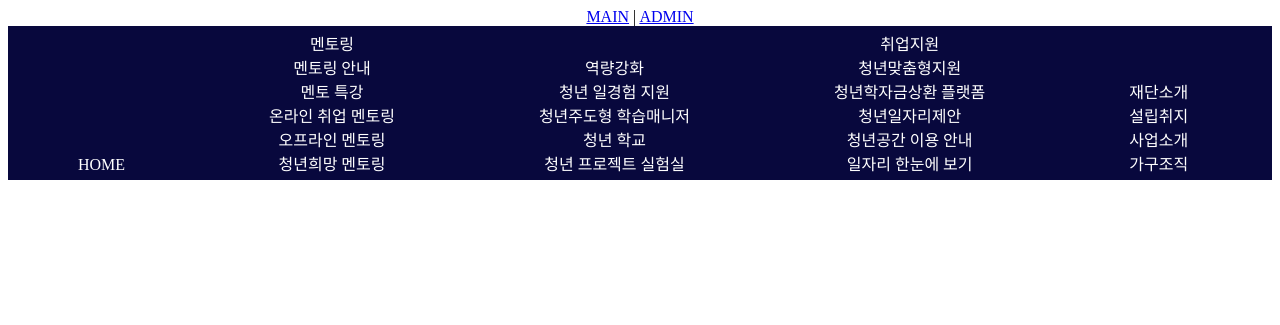
Repository: nywogud/promoPoli
Page: http://localhost/poli/WEB-INF/views/home.jsp
These files come from the project's save history. The page is drawn as it stood at one moment and after the next save; the edit follows.
The browser window is 1280 px wide. The pictures show the whole page.
The page is served by Tomcat 9. Nobody is signed in. The template is opened directly, without the code that normally fills it, so the values that code supplies are empty.

Above is the page before, as saved 2021-06-29 11:57:44.

After the next save:
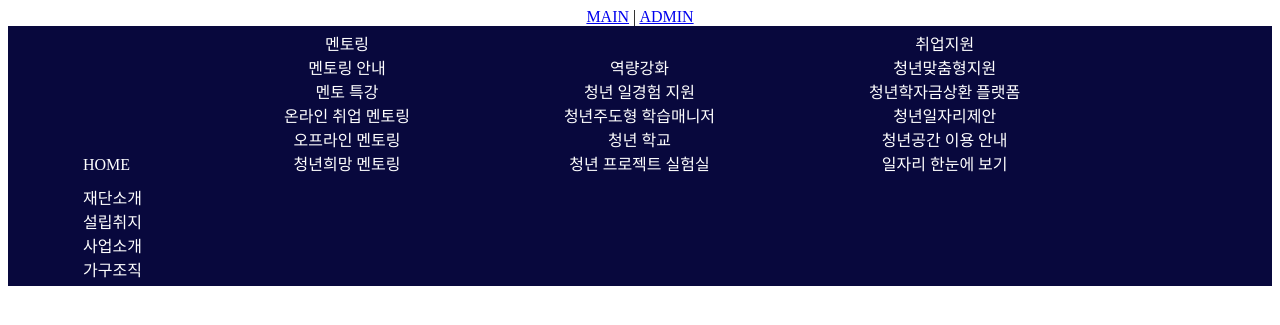
Saved 18 s later.
--- a/workspace/poli/src/main/webapp/WEB-INF/views/home.jsp
+++ b/workspace/poli/src/main/webapp/WEB-INF/views/home.jsp
@@ -13,10 +13,9 @@
 
 		ul.main{color: white; background: rgb(8,8,61);}
 
-		li.main1 {margin-left: 100px;}
 		ul.main > li {
 			display: inline-block; width: max-content; padding: 5px 10px;
-			 text-align: center; margin-left: 60px; margin-right: 60px;
+			 text-align: center; margin-left: 65px; margin-right: 65px;
 		}
 
 

After the save that followed:
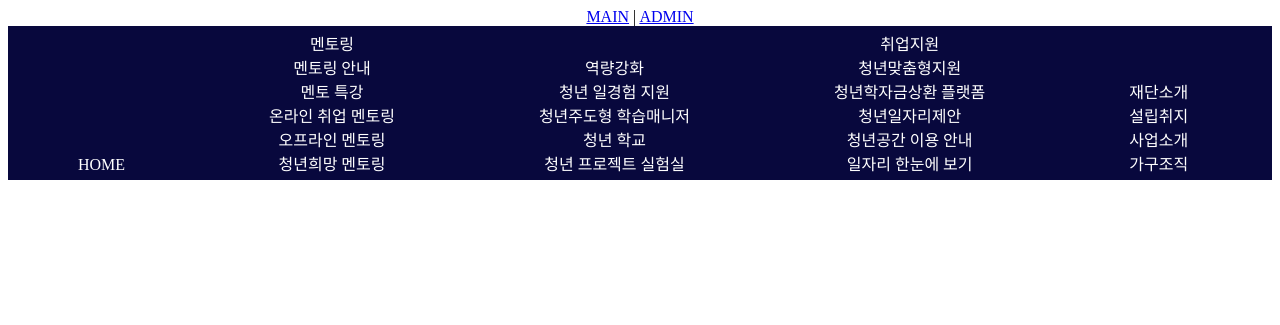
Saved 23 s later.
--- a/workspace/poli/src/main/webapp/WEB-INF/views/home.jsp
+++ b/workspace/poli/src/main/webapp/WEB-INF/views/home.jsp
@@ -14,7 +14,7 @@
 		ul.main{color: white; background: rgb(8,8,61);}
 
 		ul.main > li {
-			display: inline-block; width: max-content; padding: 5px 10px;
+			display: inline-block; width: max-content; padding: 5px 5px;
 			 text-align: center; margin-left: 65px; margin-right: 65px;
 		}
 
